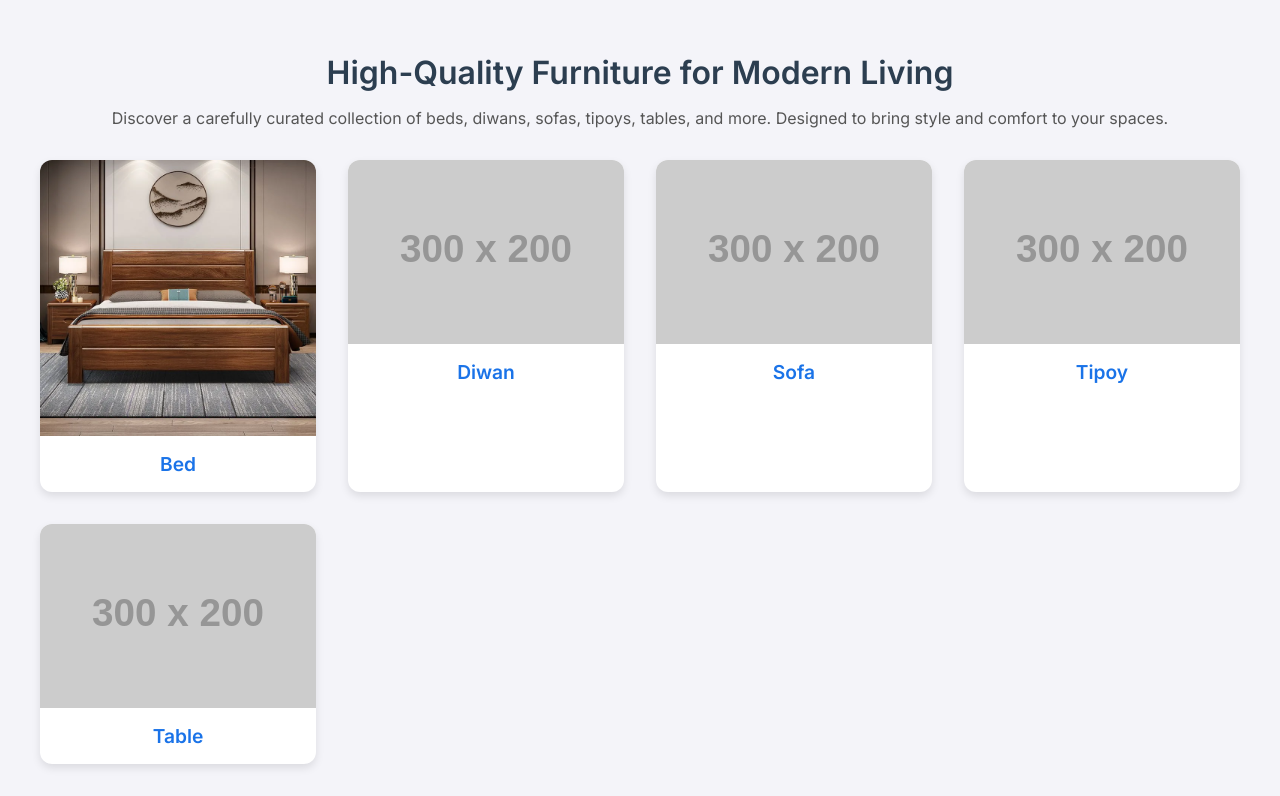
Repository: nadafgroup/rashidgadiUI
Page: src/furniture.html
An editor plug-in stored every save of this project. The page is shown before and after the next save, followed by the edit.
The browser window is 1280 px wide. The pictures show the whole page.

Above is the page before, as saved 2025-01-25 12:33:22.

### src/furniture.html
<!DOCTYPE html>
<html lang="en">
<head>
    <meta charset="UTF-8">
    <meta name="viewport" content="width=device-width, initial-scale=1.0">
    <title>Furniture - Rashid Gadi Makers</title>
    <link href="https://fonts.googleapis.com/css2?family=Inter:wght@400;600&display=swap" rel="stylesheet">
    <style>
        body {
            font-family: 'Inter', sans-serif;
            margin: 0;
            padding: 0;
            background-color: #f4f4f9;
            color: #2c3e50;
        }
        .container {
            padding: 2rem 1rem;
            max-width: 1200px;
            margin: 0 auto;
        }
        h1 {
            text-align: center;
            font-size: 2rem;
            font-weight: 600;
            margin-bottom: 1rem;
        }
        p {
            text-align: center;
            font-size: 1rem;
            color: #555;
            margin-bottom: 2rem;
        }
        .product-grid {
            display: grid;
            grid-template-columns: repeat(auto-fit, minmax(250px, 1fr));
            gap: 2rem;
        }
        .product {
            background-color: white;
            border-radius: 12px;
            box-shadow: 0 4px 8px rgba(0, 0, 0, 0.1);
            overflow: hidden;
            text-align: center;
            transition: transform 0.3s, box-shadow 0.3s;
        }
        .product:hover {
            transform: translateY(-5px);
            box-shadow: 0 6px 12px rgba(0, 0, 0, 0.2);
        }
        .product img {
            width: 100%;
            height: auto;
            display: block;
        }
        .product h2 {
            font-size: 1.2rem;
            margin: 1rem 0;
            color: #1a73e8;
        }
    </style>
</head>
<body>
    <div class="container">
        <h1>High-Quality Furniture for Modern Living</h1>
        <p>Discover a carefully curated collection of beds, diwans, sofas, tipoys, tables, and more. Designed to bring style and comfort to your spaces.</p>

        <div class="product-grid">
            <div class="product">
                <img src="../assets/img/bed.webp" alt="Bed">
                <h2>Bed</h2>
            </div>
            <div class="product">
                <img src="https://via.placeholder.com/300x200" alt="Diwan">
                <h2>Diwan</h2>
            </div>
            <div class="product">
                <img src="https://via.placeholder.com/300x200" alt="Sofa">
                <h2>Sofa</h2>
            </div>
            <div class="product">
                <img src="https://via.placeholder.com/300x200" alt="Tipoy">
                <h2>Tipoy</h2>
            </div>
            <div class="product">
                <img src="https://via.placeholder.com/300x200" alt="Table">
                <h2>Table</h2>
            </div>
        </div>
    </div>
</body>
</html>

After the next save:
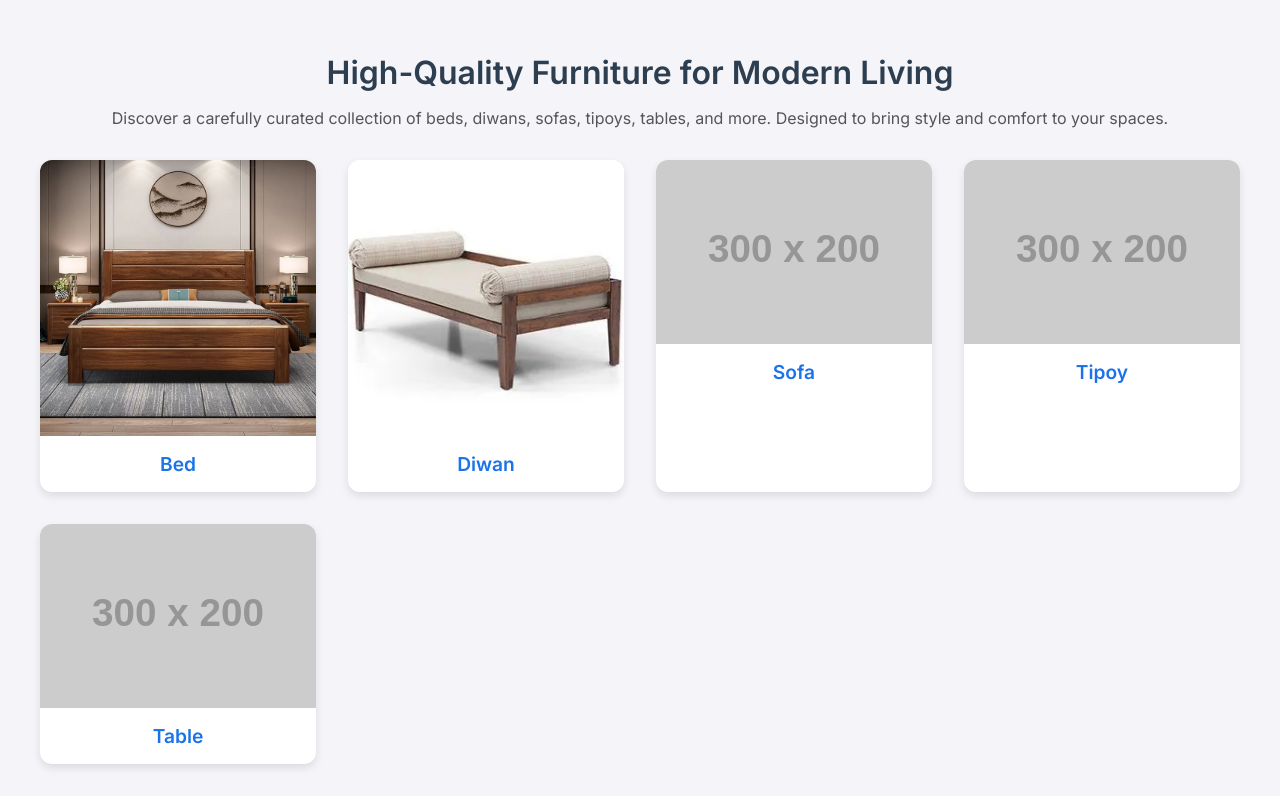
Saved 20 s later.
--- a/src/furniture.html
+++ b/src/furniture.html
@@ -70,7 +70,7 @@
                 <h2>Bed</h2>
             </div>
             <div class="product">
-                <img src="https://via.placeholder.com/300x200" alt="Diwan">
+                <img src="../assets/img/diwan.webp" alt="Diwan">
                 <h2>Diwan</h2>
             </div>
             <div class="product">
